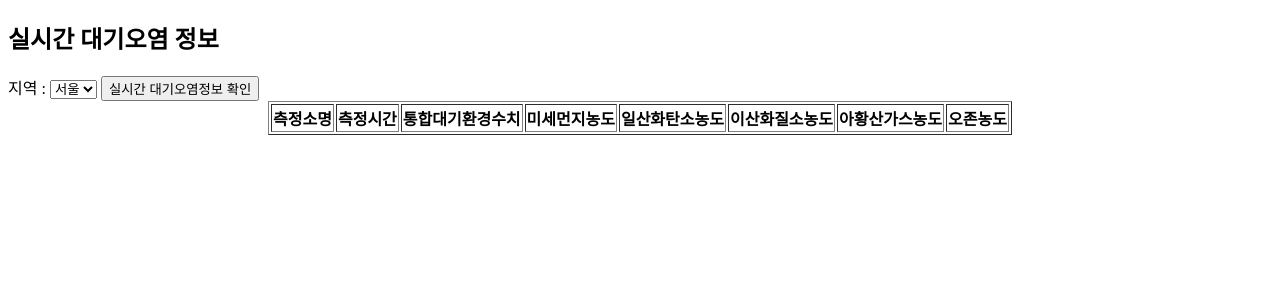
Repository: yeoneeeeeee/KH
Page: http://localhost/Opendata_Project/
The author's editor kept a copy of each file at every save. The page is drawn from the files as they stood at one save, then again after the next save.
The browser window is 1280 px wide. The pictures show the whole page.
The page is served by Tomcat 9.

Above is the page before, as saved 2023-08-17 02:13:14.

After the next save:
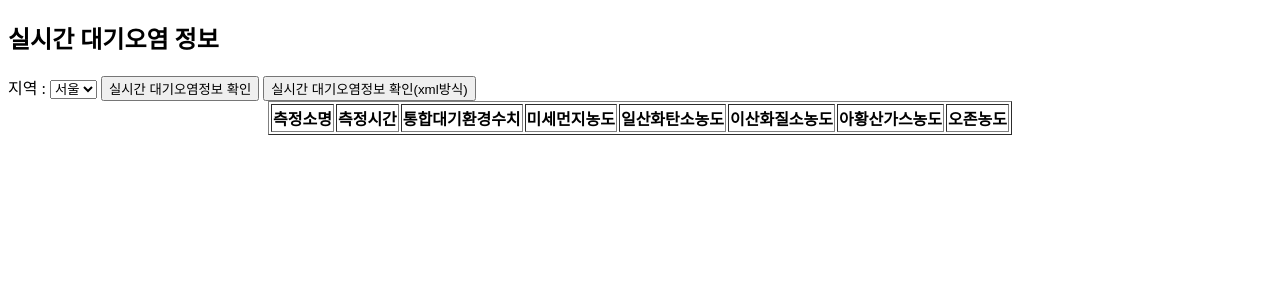
Saved 50 s later.
--- a/Spring-Workspace/Opendata_Project/src/main/webapp/index.jsp
+++ b/Spring-Workspace/Opendata_Project/src/main/webapp/index.jsp
@@ -22,6 +22,8 @@
 
 
 	<button id="btn1">실시간 대기오염정보 확인</button>
+
+	<button id="btn2">실시간 대기오염정보 확인(xml방식)</button>
 
 	<table id="result1" border="1" align="center">
 		<thead>
